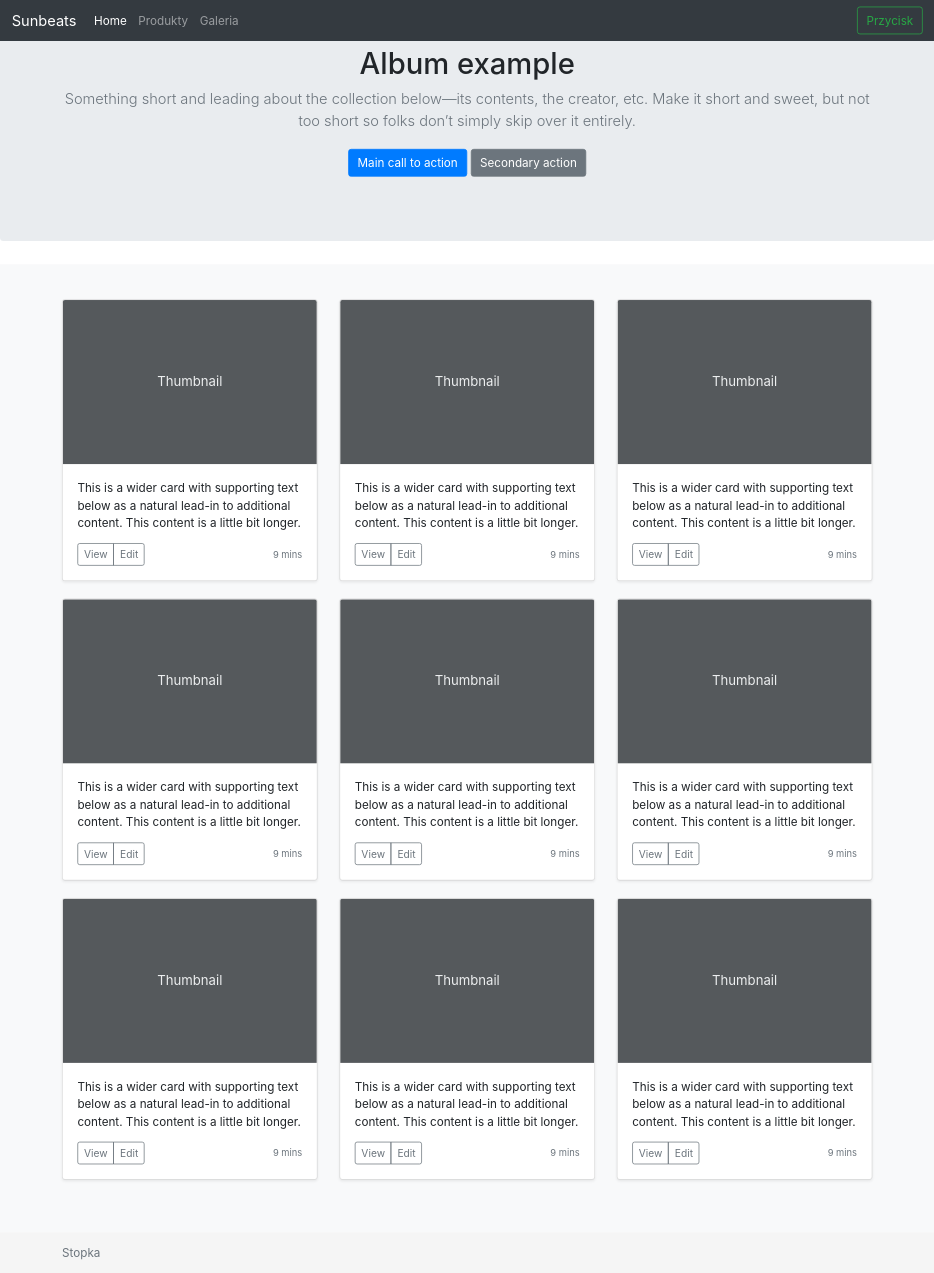
Repository: Audio-site/sunbeats
Page: index.html
An editor plug-in stored every save of this project. The page is shown before and after the next save, followed by the edit.
The browser window is 1280 px wide. The pictures show the whole page, at 73% of full size.

Above is the page before, as saved 2020-08-25 00:10:27.

### index.html
<!doctype html>
<html lang="en" class="h-100">
  <head>
    <meta charset="utf-8">
    <meta name="viewport" content="width=device-width, initial-scale=1, shrink-to-fit=no">
    <meta name="description" content="">
    <meta name="author" content="Mark Otto, Jacob Thornton, and Bootstrap contributors">
    <meta name="generator" content="Jekyll v4.1.1">
    <title>Sunbeats</title>

    <link rel="canonical" href="https://getbootstrap.com/docs/4.5/examples/sticky-footer-navbar/">

    <!-- Bootstrap core CSS -->
<link href="../assets/dist/css/bootstrap.min.css" rel="stylesheet">

    <style>
      .bd-placeholder-img {
        font-size: 1.125rem;
        text-anchor: middle;
        -webkit-user-select: none;
        -moz-user-select: none;
        -ms-user-select: none;
        user-select: none;
      }

      @media (min-width: 768px) {
        .bd-placeholder-img-lg {
          font-size: 3.5rem;
        }
      }
    </style>
    <!-- Custom styles for this template -->
    <link href="../assets/css/sticky-footer-navbar.css" rel="stylesheet">
  </head>
  <body class="d-flex flex-column h-100">
    <header>
  <!-- Fixed navbar -->
  <nav class="navbar navbar-expand-md navbar-dark fixed-top bg-dark">
    <a class="navbar-brand" href="#">Sunbeats</a>
    <button class="navbar-toggler" type="button" data-toggle="collapse" data-target="#navbarCollapse" aria-controls="navbarCollapse" aria-expanded="false" aria-label="Toggle navigation">
      <span class="navbar-toggler-icon"></span>
    </button>
    <div class="collapse navbar-collapse" id="navbarCollapse">
      <ul class="navbar-nav mr-auto">
        <li class="nav-item active">
          <a class="nav-link" href="../index.html">Home <span class="sr-only">(current)</span></a>
        </li>
        <li class="nav-item">
          <a class="nav-link" href="../products.html">Produkty</a>
        </li>
        <li class="nav-item">
          <a class="nav-link" href="#">Galeria</a>
        </li>
      </ul>
        <button class="btn btn-outline-success my-2 my-sm-0" type="submit">Przycisk</button>
    </div>
  </nav>
</header>

<!-- Begin page content -->

<main role="main">

  <section class="jumbotron text-center">
    <div class="container">
      <h1>Album example</h1>
      <p class="lead text-muted">Something short and leading about the collection below—its contents, the creator, etc. Make it short and sweet, but not too short so folks don’t simply skip over it entirely.</p>
      <p>
        <a href="#" class="btn btn-primary my-2">Main call to action</a>
        <a href="#" class="btn btn-secondary my-2">Secondary action</a>
      </p>
    </div>
  </section>

  <div class="album py-5 bg-light">
    <div class="container">

      <div class="row">
        <div class="col-md-4">
          <div class="card mb-4 shadow-sm">
            <svg class="bd-placeholder-img card-img-top" width="100%" height="225" xmlns="http://www.w3.org/2000/svg" preserveAspectRatio="xMidYMid slice" focusable="false" role="img" aria-label="Placeholder: Thumbnail"><title>Placeholder</title><rect width="100%" height="100%" fill="#55595c"/><text x="50%" y="50%" fill="#eceeef" dy=".3em">Thumbnail</text></svg>
            <div class="card-body">
              <p class="card-text">This is a wider card with supporting text below as a natural lead-in to additional content. This content is a little bit longer.</p>
              <div class="d-flex justify-content-between align-items-center">
                <div class="btn-group">
                  <button type="button" class="btn btn-sm btn-outline-secondary">View</button>
                  <button type="button" class="btn btn-sm btn-outline-secondary">Edit</button>
                </div>
                <small class="text-muted">9 mins</small>
              </div>
            </div>
          </div>
        </div>
        <div class="col-md-4">
          <div class="card mb-4 shadow-sm">
            <svg class="bd-placeholder-img card-img-top" width="100%" height="225" xmlns="http://www.w3.org/2000/svg" preserveAspectRatio="xMidYMid slice" focusable="false" role="img" aria-label="Placeholder: Thumbnail"><title>Placeholder</title><rect width="100%" height="100%" fill="#55595c"/><text x="50%" y="50%" fill="#eceeef" dy=".3em">Thumbnail</text></svg>
            <div class="card-body">
              <p class="card-text">This is a wider card with supporting text below as a natural lead-in to additional content. This content is a little bit longer.</p>
              <div class="d-flex justify-content-between align-items-center">
                <div class="btn-group">
                  <button type="button" class="btn btn-sm btn-outline-secondary">View</button>
                  <button type="button" class="btn btn-sm btn-outline-secondary">Edit</button>
                </div>
                <small class="text-muted">9 mins</small>
              </div>
            </div>
          </div>
        </div>
        <div class="col-md-4">
          <div class="card mb-4 shadow-sm">
            <svg class="bd-placeholder-img card-img-top" width="100%" height="225" xmlns="http://www.w3.org/2000/svg" preserveAspectRatio="xMidYMid slice" focusable="false" role="img" aria-label="Placeholder: Thumbnail"><title>Placeholder</title><rect width="100%" height="100%" fill="#55595c"/><text x="50%" y="50%" fill="#eceeef" dy=".3em">Thumbnail</text></svg>
            <div class="card-body">
              <p class="card-text">This is a wider card with supporting text below as a natural lead-in to additional content. This content is a little bit longer.</p>
              <div class="d-flex justify-content-between align-items-center">
                <div class="btn-group">
                  <button type="button" class="btn btn-sm btn-outline-secondary">View</button>
                  <button type="button" class="btn btn-sm btn-outline-secondary">Edit</button>
                </div>
                <small class="text-muted">9 mins</small>
              </div>
            </div>
          </div>
        </div>

        <div class="col-md-4">
          <div class="card mb-4 shadow-sm">
            <svg class="bd-placeholder-img card-img-top" width="100%" height="225" xmlns="http://www.w3.org/2000/svg" preserveAspectRatio="xMidYMid slice" focusable="false" role="img" aria-label="Placeholder: Thumbnail"><title>Placeholder</title><rect width="100%" height="100%" fill="#55595c"/><text x="50%" y="50%" fill="#eceeef" dy=".3em">Thumbnail</text></svg>
            <div class="card-body">
              <p class="card-text">This is a wider card with supporting text below as a natural lead-in to additional content. This content is a little bit longer.</p>
              <div class="d-flex justify-content-between align-items-center">
                <div class="btn-group">
                  <button type="button" class="btn btn-sm btn-outline-secondary">View</button>
                  <button type="button" class="btn btn-sm btn-outline-secondary">Edit</button>
                </div>
                <small class="text-muted">9 mins</small>
              </div>
            </div>
          </div>
        </div>
        <div class="col-md-4">
          <div class="card mb-4 shadow-sm">
            <svg class="bd-placeholder-img card-img-top" width="100%" height="225" xmlns="http://www.w3.org/2000/svg" preserveAspectRatio="xMidYMid slice" focusable="false" role="img" aria-label="Placeholder: Thumbnail"><title>Placeholder</title><rect width="100%" height="100%" fill="#55595c"/><text x="50%" y="50%" fill="#eceeef" dy=".3em">Thumbnail</text></svg>
            <div class="card-body">
              <p class="card-text">This is a wider card with supporting text below as a natural lead-in to additional content. This content is a little bit longer.</p>
              <div class="d-flex justify-content-between align-items-center">
                <div class="btn-group">
                  <button type="button" class="btn btn-sm btn-outline-secondary">View</button>
                  <button type="button" class="btn btn-sm btn-outline-secondary">Edit</button>
                </div>
                <small class="text-muted">9 mins</small>
              </div>
            </div>
          </div>
        </div>
        <div class="col-md-4">
          <div class="card mb-4 shadow-sm">
            <svg class="bd-placeholder-img card-img-top" width="100%" height="225" xmlns="http://www.w3.org/2000/svg" preserveAspectRatio="xMidYMid slice" focusable="false" role="img" aria-label="Placeholder: Thumbnail"><title>Placeholder</title><rect width="100%" height="100%" fill="#55595c"/><text x="50%" y="50%" fill="#eceeef" dy=".3em">Thumbnail</text></svg>
            <div class="card-body">
              <p class="card-text">This is a wider card with supporting text below as a natural lead-in to additional content. This content is a little bit longer.</p>
              <div class="d-flex justify-content-between align-items-center">
                <div class="btn-group">
                  <button type="button" class="btn btn-sm btn-outline-secondary">View</button>
                  <button type="button" class="btn btn-sm btn-outline-secondary">Edit</button>
                </div>
                <small class="text-muted">9 mins</small>
              </div>
            </div>
          </div>
        </div>

        <div class="col-md-4">
          <div class="card mb-4 shadow-sm">
            <svg class="bd-placeholder-img card-img-top" width="100%" height="225" xmlns="http://www.w3.org/2000/svg" preserveAspectRatio="xMidYMid slice" focusable="false" role="img" aria-label="Placeholder: Thumbnail"><title>Placeholder</title><rect width="100%" height="100%" fill="#55595c"/><text x="50%" y="50%" fill="#eceeef" dy=".3em">Thumbnail</text></svg>
            <div class="card-body">
              <p class="card-text">This is a wider card with supporting text below as a natural lead-in to additional content. This content is a little bit longer.</p>
              <div class="d-flex justify-content-between align-items-center">
                <div class="btn-group">
                  <button type="button" class="btn btn-sm btn-outline-secondary">View</button>
                  <button type="button" class="btn btn-sm btn-outline-secondary">Edit</button>
                </div>
                <small class="text-muted">9 mins</small>
              </div>
            </div>
          </div>
        </div>
        <div class="col-md-4">
          <div class="card mb-4 shadow-sm">
            <svg class="bd-placeholder-img card-img-top" width="100%" height="225" xmlns="http://www.w3.org/2000/svg" preserveAspectRatio="xMidYMid slice" focusable="false" role="img" aria-label="Placeholder: Thumbnail"><title>Placeholder</title><rect width="100%" height="100%" fill="#55595c"/><text x="50%" y="50%" fill="#eceeef" dy=".3em">Thumbnail</text></svg>
            <div class="card-body">
              <p class="card-text">This is a wider card with supporting text below as a natural lead-in to additional content. This content is a little bit longer.</p>
              <div class="d-flex justify-content-between align-items-center">
                <div class="btn-group">
                  <button type="button" class="btn btn-sm btn-outline-secondary">View</button>
                  <button type="button" class="btn btn-sm btn-outline-secondary">Edit</button>
                </div>
                <small class="text-muted">9 mins</small>
              </div>
            </div>
          </div>
        </div>
        <div class="col-md-4">
          <div class="card mb-4 shadow-sm">
            <svg class="bd-placeholder-img card-img-top" width="100%" height="225" xmlns="http://www.w3.org/2000/svg" preserveAspectRatio="xMidYMid slice" focusable="false" role="img" aria-label="Placeholder: Thumbnail"><title>Placeholder</title><rect width="100%" height="100%" fill="#55595c"/><text x="50%" y="50%" fill="#eceeef" dy=".3em">Thumbnail</text></svg>
            <div class="card-body">
              <p class="card-text">This is a wider card with supporting text below as a natural lead-in to additional content. This content is a little bit longer.</p>
              <div class="d-flex justify-content-between align-items-center">
                <div class="btn-group">
                  <button type="button" class="btn btn-sm btn-outline-secondary">View</button>
                  <button type="button" class="btn btn-sm btn-outline-secondary">Edit</button>
                </div>
                <small class="text-muted">9 mins</small>
              </div>
            </div>
          </div>
        </div>
      </div>
    </div>
  </div>

</main>

<footer class="footer mt-auto py-3">
  <div class="container">
    <span class="text-muted">Stopka</span>
  </div>
</footer>
<script src="https://code.jquery.com/jquery-3.5.1.slim.min.js" integrity="sha384-DfXdz2htPH0lsSSs5nCTpuj/zy4C+OGpamoFVy38MVBnE+IbbVYUew+OrCXaRkfj" crossorigin="anonymous"></script>
      <script>window.jQuery || document.write('<script src="../assets/js/vendor/jquery.slim.min.js"><\/script>')</script><script src="../assets/dist/js/bootstrap.bundle.min.js"></script>
</html>

Loaded but not shown: assets/dist/css/bootstrap.min.css (library); assets/css/sticky-footer-navbar.css (common file); assets/dist/js/bootstrap.bundle.min.js (library)

After the next save:
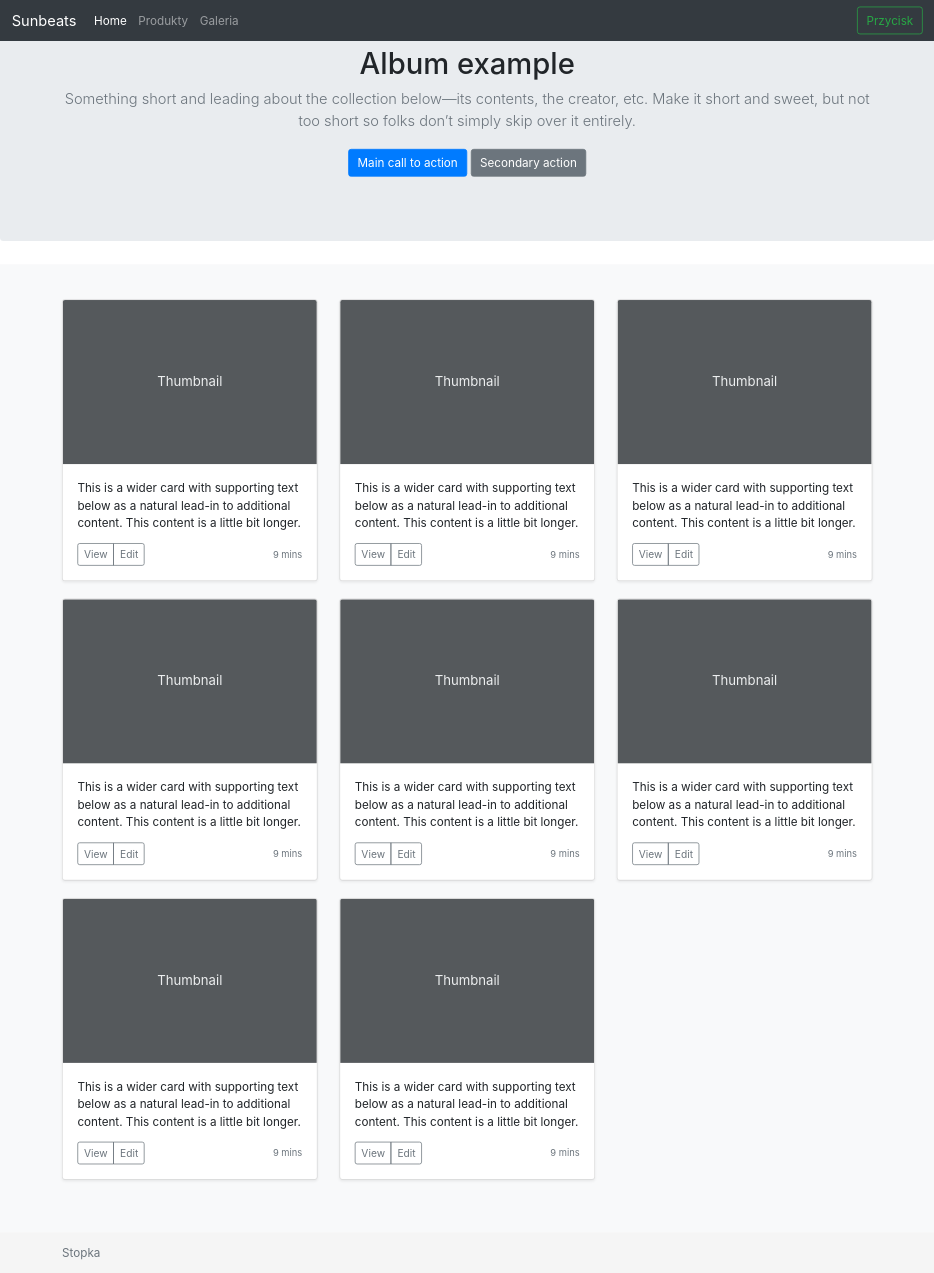
Saved 2 min 56 s later.
--- a/index.html
+++ b/index.html
@@ -183,21 +183,7 @@
             </div>
           </div>
         </div>
-        <div class="col-md-4">
-          <div class="card mb-4 shadow-sm">
-            <svg class="bd-placeholder-img card-img-top" width="100%" height="225" xmlns="http://www.w3.org/2000/svg" preserveAspectRatio="xMidYMid slice" focusable="false" role="img" aria-label="Placeholder: Thumbnail"><title>Placeholder</title><rect width="100%" height="100%" fill="#55595c"/><text x="50%" y="50%" fill="#eceeef" dy=".3em">Thumbnail</text></svg>
-            <div class="card-body">
-              <p class="card-text">This is a wider card with supporting text below as a natural lead-in to additional content. This content is a little bit longer.</p>
-              <div class="d-flex justify-content-between align-items-center">
-                <div class="btn-group">
-                  <button type="button" class="btn btn-sm btn-outline-secondary">View</button>
-                  <button type="button" class="btn btn-sm btn-outline-secondary">Edit</button>
-                </div>
-                <small class="text-muted">9 mins</small>
-              </div>
-            </div>
-          </div>
-        </div>
+
         <div class="col-md-4">
           <div class="card mb-4 shadow-sm">
             <svg class="bd-placeholder-img card-img-top" width="100%" height="225" xmlns="http://www.w3.org/2000/svg" preserveAspectRatio="xMidYMid slice" focusable="false" role="img" aria-label="Placeholder: Thumbnail"><title>Placeholder</title><rect width="100%" height="100%" fill="#55595c"/><text x="50%" y="50%" fill="#eceeef" dy=".3em">Thumbnail</text></svg>
